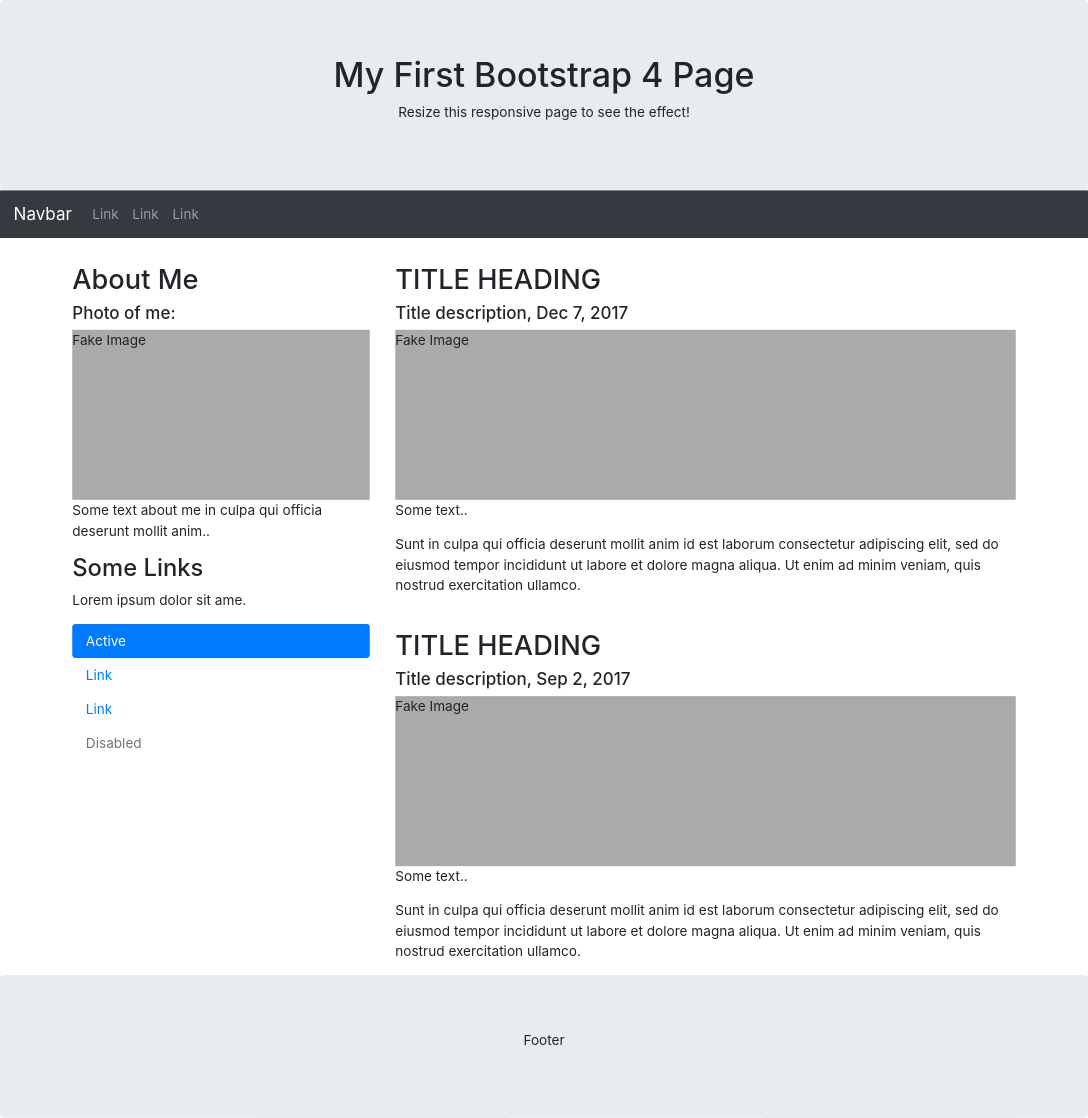
Repository: LucasLopesAguiar/JavaWeb-1
Page: sistemaweb/WebContent/index.html
These files come from the project's save history. The page is drawn as it stood at one moment and after the next save; the edit follows.
The browser window is 1280 px wide. The pictures show the whole page, at 85% of full size.

Above is the page before, as saved 2019-05-10 00:50:34.

### sistemaweb/WebContent/index.html
<!DOCTYPE html>
<html lang="en">
<head>
  <title>Sistema Web</title>
  <meta charset="utf-8">
  <meta name="viewport" content="width=device-width, initial-scale=1">
  <link rel="stylesheet" href="https://maxcdn.bootstrapcdn.com/bootstrap/4.3.1/css/bootstrap.min.css">
  <script src="https://ajax.googleapis.com/ajax/libs/jquery/3.4.0/jquery.min.js"></script>
  <script src="https://cdnjs.cloudflare.com/ajax/libs/popper.js/1.14.7/umd/popper.min.js"></script>
  <script src="https://maxcdn.bootstrapcdn.com/bootstrap/4.3.1/js/bootstrap.min.js"></script>
  <style>
  .fakeimg {
    height: 200px;
    background: #aaa;
  }
  </style>
</head>
<body>

<div class="jumbotron text-center" style="margin-bottom:0">
  <h1>My First Bootstrap 4 Page</h1>
  <p>Resize this responsive page to see the effect!</p>
</div>

<nav class="navbar navbar-expand-sm bg-dark navbar-dark">
  <a class="navbar-brand" href="#">Navbar</a>
  <button class="navbar-toggler" type="button" data-toggle="collapse" data-target="#collapsibleNavbar">
    <span class="navbar-toggler-icon"></span>
  </button>
  <div class="collapse navbar-collapse" id="collapsibleNavbar">
    <ul class="navbar-nav">
      <li class="nav-item">
        <a class="nav-link" href="#">Link</a>
      </li>
      <li class="nav-item">
        <a class="nav-link" href="#">Link</a>
      </li>
      <li class="nav-item">
        <a class="nav-link" href="#">Link</a>
      </li>
    </ul>
  </div>
</nav>

<div class="container" style="margin-top:30px">
  <div class="row">
    <div class="col-sm-4">
      <h2>About Me</h2>
      <h5>Photo of me:</h5>
      <div class="fakeimg">Fake Image</div>
      <p>Some text about me in culpa qui officia deserunt mollit anim..</p>
      <h3>Some Links</h3>
      <p>Lorem ipsum dolor sit ame.</p>
      <ul class="nav nav-pills flex-column">
        <li class="nav-item">
          <a class="nav-link active" href="#">Active</a>
        </li>
        <li class="nav-item">
          <a class="nav-link" href="#">Link</a>
        </li>
        <li class="nav-item">
          <a class="nav-link" href="#">Link</a>
        </li>
        <li class="nav-item">
          <a class="nav-link disabled" href="#">Disabled</a>
        </li>
      </ul>
      <hr class="d-sm-none">
    </div>
    <div class="col-sm-8">
      <h2>TITLE HEADING</h2>
      <h5>Title description, Dec 7, 2017</h5>
      <div class="fakeimg">Fake Image</div>
      <p>Some text..</p>
      <p>Sunt in culpa qui officia deserunt mollit anim id est laborum consectetur adipiscing elit, sed do eiusmod tempor incididunt ut labore et dolore magna aliqua. Ut enim ad minim veniam, quis nostrud exercitation ullamco.</p>
      <br>
      <h2>TITLE HEADING</h2>
      <h5>Title description, Sep 2, 2017</h5>
      <div class="fakeimg">Fake Image</div>
      <p>Some text..</p>
      <p>Sunt in culpa qui officia deserunt mollit anim id est laborum consectetur adipiscing elit, sed do eiusmod tempor incididunt ut labore et dolore magna aliqua. Ut enim ad minim veniam, quis nostrud exercitation ullamco.</p>
    </div>
  </div>
</div>

<div class="jumbotron text-center" style="margin-bottom:0">
  <p>Footer</p>
</div>

</body>
</html>

After the next save:
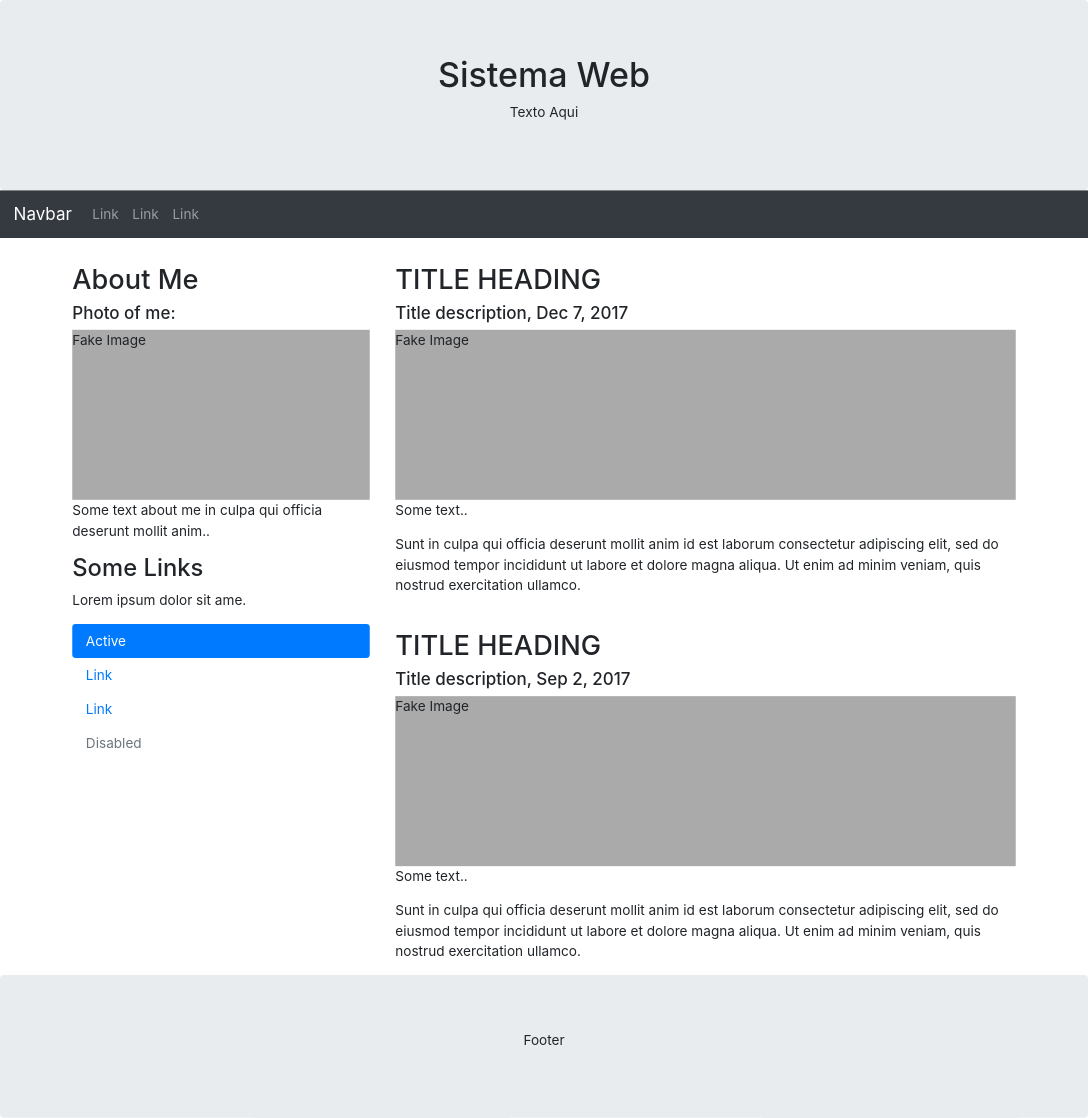
Saved 21 s later.
--- a/sistemaweb/WebContent/index.html
+++ b/sistemaweb/WebContent/index.html
@@ -18,8 +18,8 @@
 <body>
 
 <div class="jumbotron text-center" style="margin-bottom:0">
-  <h1>My First Bootstrap 4 Page</h1>
-  <p>Resize this responsive page to see the effect!</p>
+  <h1>Sistema Web</h1>
+  <p>Texto Aqui</p>
 </div>
 
 <nav class="navbar navbar-expand-sm bg-dark navbar-dark">
